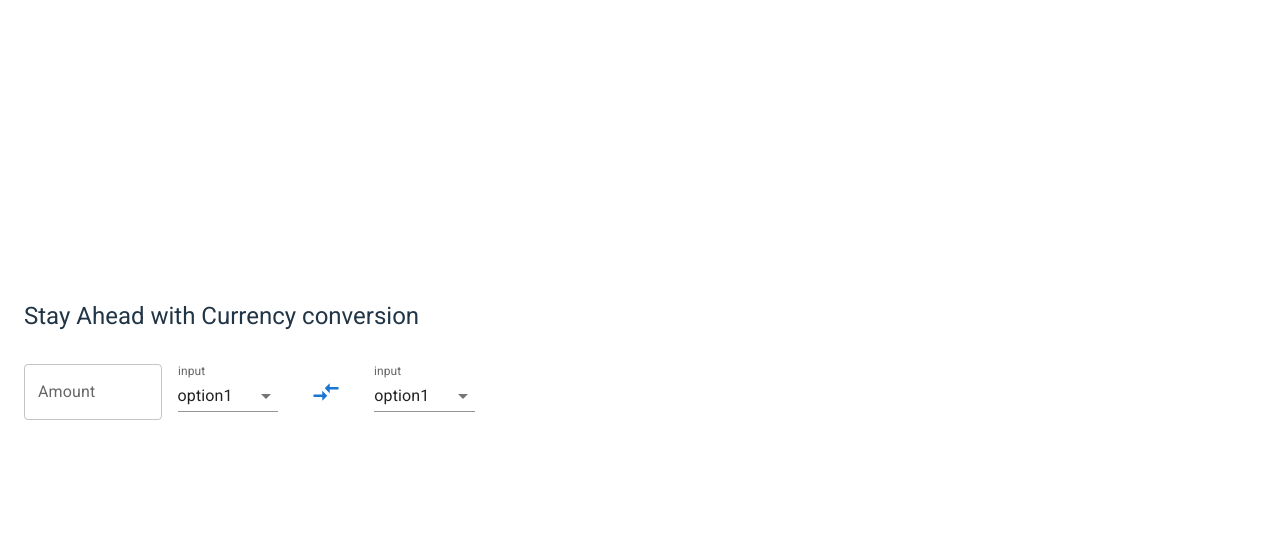
Repository: Asad-devv/CURRENCY
Page: /
The author's editor kept a copy of each file at every save. The page is drawn from the files as they stood at one save, then again after the next save.
The browser window is 1280 px wide. The pictures show the whole page.
The project was rebuilt for these pictures with package versions that can differ from the ones it lists, and the page was loaded fresh each time. Also part of the build but not shown: craco.config.js.

Above is the page before, as saved 2023-03-02 15:29:54.

### src/main.jsx
import React from 'react'
import ReactDOM from 'react-dom/client'
import App from './App'
import './index.css'
import '@fontsource/roboto/300.css';
import '@fontsource/roboto/400.css';
import '@fontsource/roboto/500.css';
import '@fontsource/roboto/700.css';


ReactDOM.createRoot(document.getElementById('root')).render(
  <React.StrictMode>
    <App />
  </React.StrictMode>,
)

### src/App.jsx
import { Button, Container,Typography,Grid } from "@mui/material";
import { useState } from "react";
import reactLogo from "./assets/react.svg";
import InputAmount from "./components/InputAmount";
import SelectCountry from "./components/selectCountry";
import SwitchCurrency from "./components/SwitchCurrency";
// import './App.css'

function App() {
  const boxStyles ={ background: "#fddfff" ,textAlign : "center", color:"#222",minHeight:"20rem",borderRadius:2}
  return (
    <Container maxWidth="md" sx={{}}>
      <Typography variant = "h5"sx={{mb:"2rem"}}>Stay Ahead with Currency conversion</Typography>
      <Grid container spacing ={2}>
        <InputAmount/>
        <SelectCountry/>
        <SwitchCurrency/>
        <SelectCountry/>
      </Grid>
    </Container>
  );
}

export default App;

### src/components/InputAmount.jsx
import React from "react";

import { Grid, TextField ,InputAdornment} from "@mui/material";
const InputAmount = () => {
  return (
    <Grid item xs={12} md>
      <TextField
        label="Amount"
        fullWidth
        inputProps={{ type: "number",startAdornment :<InputAdornment position="start">qwnm$</InputAdornment> }}

      ></TextField>
    </Grid>
  );
};

export default InputAmount;

### src/components/selectCountry.jsx
import React from 'react'
import {Autocomplete, Grid,Box ,TextField} from "@mui/material"
const SelectCountry = () => {
  return (
    <Grid item xs={12} md={3}>
    {/* <Autocomplete></Autocomplete> */}
    <Autocomplete
        value="option1"
        options = {["opt1","opt2","opt3"]}
        id="disable-clearable"
        disableClearable
        renderInput={(params) => (
          <TextField {...params} label="input" variant="standard" />
        )}
      />
  </Grid>
  )
}

export default SelectCountry

### src/components/SwitchCurrency.jsx
import React from "react";
import { Button, Grid } from "@mui/material";
import CompareArrowsIcon from "@mui/icons-material/CompareArrows";

const SwitchCurrency = () => {
  return (
    <Grid item xs={12} md="auto">
      <Button sx={{ borderRadius: 1, height: "100%" }}>
        <CompareArrowsIcon sx={{ fontSize: 30 }} />
      </Button>
    </Grid>
  );
};

export default SwitchCurrency;

Loaded but not shown: index.html (common file); src/index.css (common file)

After the next save:
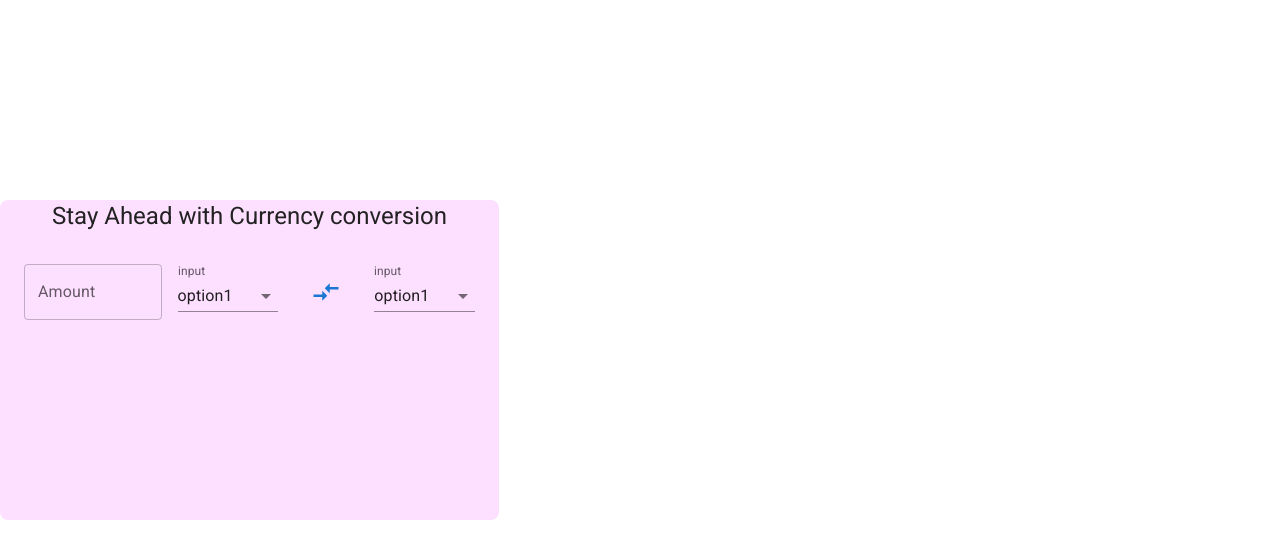
Saved 17 s later.
--- a/src/App.jsx
+++ b/src/App.jsx
@@ -9,7 +9,7 @@ import SwitchCurrency from "./components/SwitchCurrency";
 function App() {
   const boxStyles ={ background: "#fddfff" ,textAlign : "center", color:"#222",minHeight:"20rem",borderRadius:2}
   return (
-    <Container maxWidth="md" sx={{}}>
+    <Container maxWidth="md" sx={boxStyles}>
       <Typography variant = "h5"sx={{mb:"2rem"}}>Stay Ahead with Currency conversion</Typography>
       <Grid container spacing ={2}>
         <InputAmount/>
